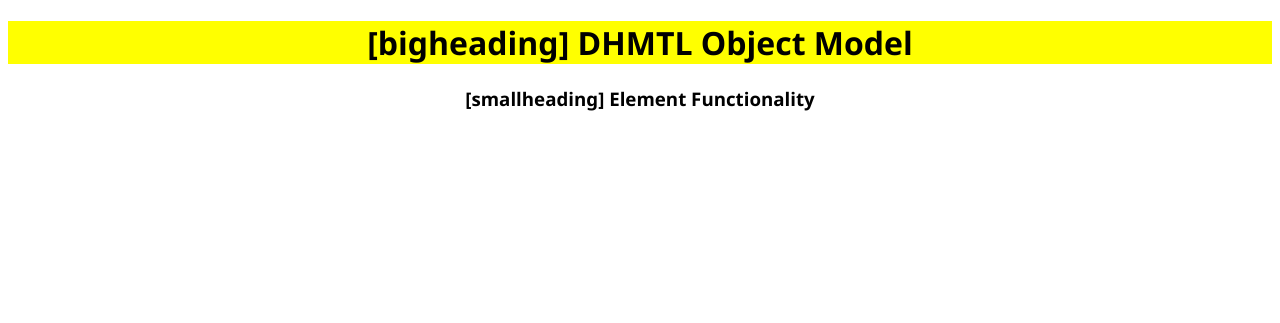
Repository: mlmEFSC21/P21-DOM-html
Page: dom.html
These files come from the project's save history. The page is drawn as it stood at one moment and after the next save; the edit follows.
The browser window is 1280 px wide. The pictures show the whole page.

Above is the page before, as saved 2022-04-13 14:41:26.

### dom.html
<!DOCTYPE html>
<!-- Fig. 12.4: dom.html -->
<!-- Basic DOM functionality -->
<html lang="en">
    <head>
        <meta charset="UTF-8" />
        <meta http-equiv="X-UA-Compatible" content="IE=edge" />
        <meta name="viewport" content="width=device-width, initial-scale=1.0" />
        <title>Basic DOM Functionality</title>
        <link rel="stylesheet" href="style.css" />
        <script src="dom.js"></script>
    </head>
    <body>
        <h1 id="bigheading" class="highlighted">[bigheading] DHMTL Object Model</h1>
        <h3 id="smallheading">[smallheading] Element Functionality</h3>
    </body>
</html>

### style.css
/* Fig. 12.3: style.css */
/* CSS for dom.html */

h1,
h3 {
    text-align: center;
    font-family: "Segoe UI", Tahoma, Geneva, Verdana, sans-serif;
}
p {
    margin-left: 5%;
    margin-right: 5%;
    font-family: arial, helvetica, sans-serif;
}
ul {
    margin-left: 10%;
}
a {
    text-decoration: none;
}
a:hover {
    text-decoration: underline;
}
.nav {
    width: 100%;
    border-top: 3px dashed blue;
    padding-top: 10px;
}
.highlighted {
    background-color: yellow;
}
input {
    width: 150px;
}
form > p {
    margin: 0px;
}

Loaded but not shown: dom.js (no copy from this time; the picture is the same without it)

After the next save:
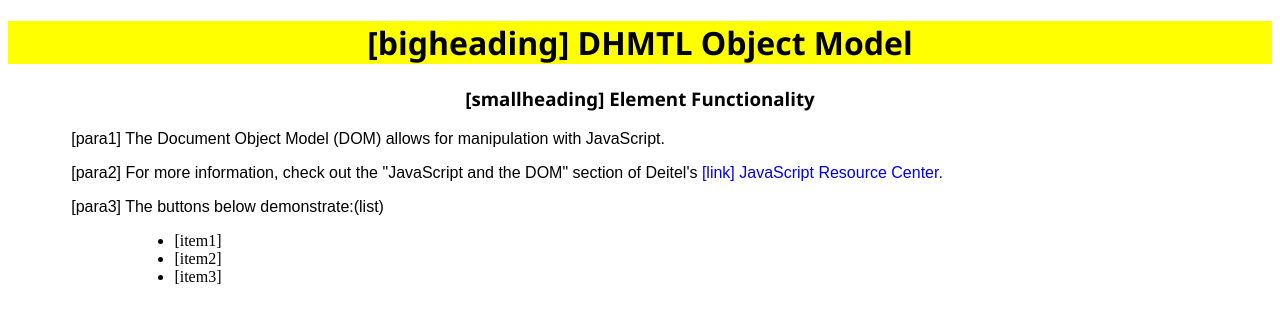
Saved 6 min 3 s later.
--- a/dom.html
+++ b/dom.html
@@ -13,5 +13,18 @@
     <body>
         <h1 id="bigheading" class="highlighted">[bigheading] DHMTL Object Model</h1>
         <h3 id="smallheading">[smallheading] Element Functionality</h3>
+        <p id="para1">
+            [para1] The Document Object Model (DOM) allows for manipulation with JavaScript.
+        </p>
+        <p id="para2">
+            [para2] For more information, check out the "JavaScript and the DOM" section of Deitel's
+            <a href="https://deitel.com/javascript" id="link">[link] JavaScript Resource Center.</a>
+        </p>
+        <p id="para3">[para3] The buttons below demonstrate:(list)</p>
+        <ul id="list">
+            <li id="item1">[item1]</li>
+            <li id="item2">[item2]</li>
+            <li id="item3">[item3]</li>
+        </ul>
     </body>
 </html>
